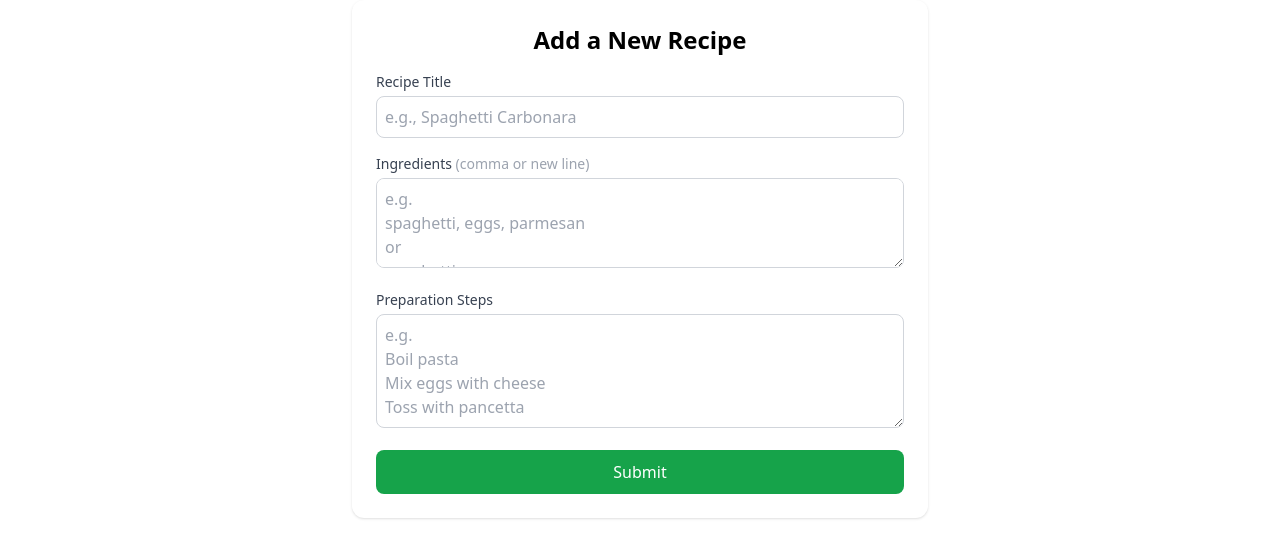
Repository: Emy-gold/alx-fe-reactjs
Page: /recipe-adding (app in recipe-sharing-platform/)
An editor plug-in stored every save of this project. The page is shown before and after the next save, followed by the edit.
The browser window is 1280 px wide. The pictures show the whole page.
The project was rebuilt for these pictures with package versions that can differ from the ones it lists, and the page was loaded fresh each time. Also part of the build but not shown: recipe-sharing-platform/vite.config.js, recipe-sharing-platform/src/components/HomePage.jsx, recipe-sharing-platform/src/components/RecipeDetail.jsx.

Above is the page before, as saved 2025-08-17 20:22:08.

After the next save:
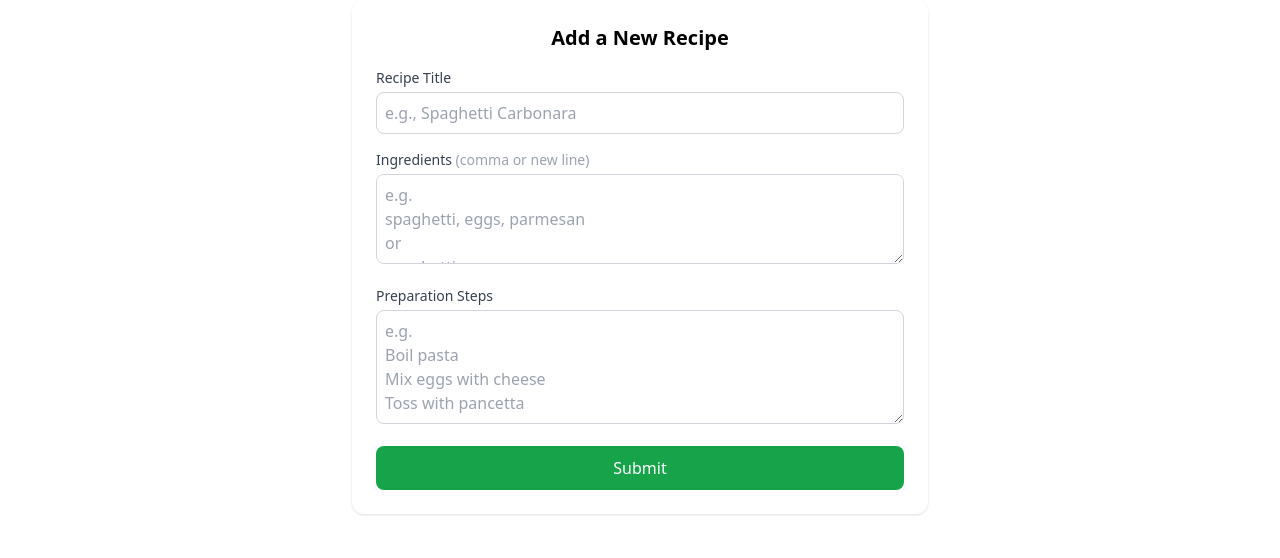
Saved 4 min 20 s later.
--- a/recipe-sharing-platform/src/components/AddRecipeForm.jsx
+++ b/recipe-sharing-platform/src/components/AddRecipeForm.jsx
@@ -60,7 +60,7 @@ export default function AddRecipeForm() {
             className="max-w-xl mx-auto bg-white p-6 rounded-xl shadow space-y-4"
             noValidate
         >
-            <h1 className="text-2xl font-semibold text-center">Add a New Recipe</h1>
+            <h1 className="text-2xl font-semibold text-center md:text-xl">Add a New Recipe</h1>
 
             {submitted && (
                 <div className="rounded-lg bg-green-50 text-green-700 p-3 text-sm">
